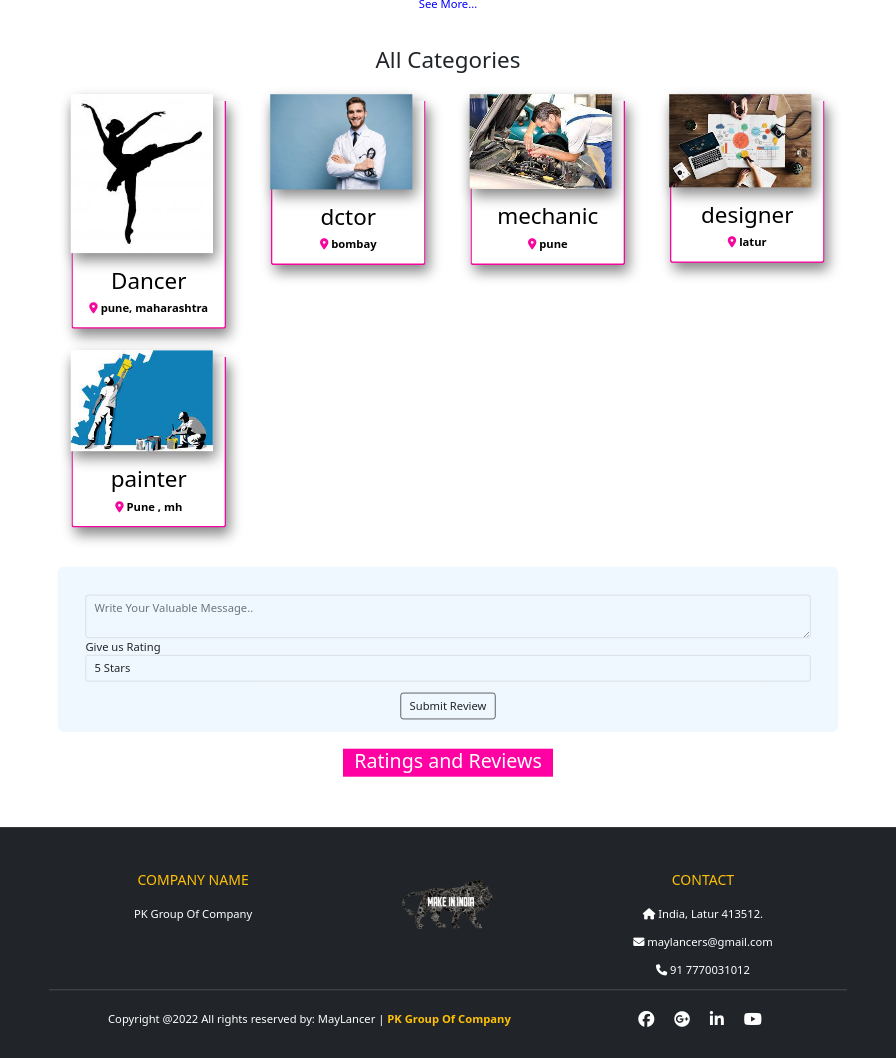
Repository: prathmesh2023/maylancers
Page: http://localhost/
These files come from the project's save history. The page is drawn as it stood at one moment and after a run of saves; the edit follows.
The browser window is 1280 px wide. The pictures show the part of the page from y = 932 to 2852 px (the page is 2444 px tall before and 2852 px after), at 70% of full size.
Some web fonts or font styles are not loaded; a fallback is used. Some web libraries are served in a nearby version. The page is served by the project's application, run on Django 3.2 (manage.py). The page reads the database file committed with the project. Queries for data that is not in the repository find no rows.

Above is the page before, as saved 2022-02-16 15:26:29.

After the next 2 saves:
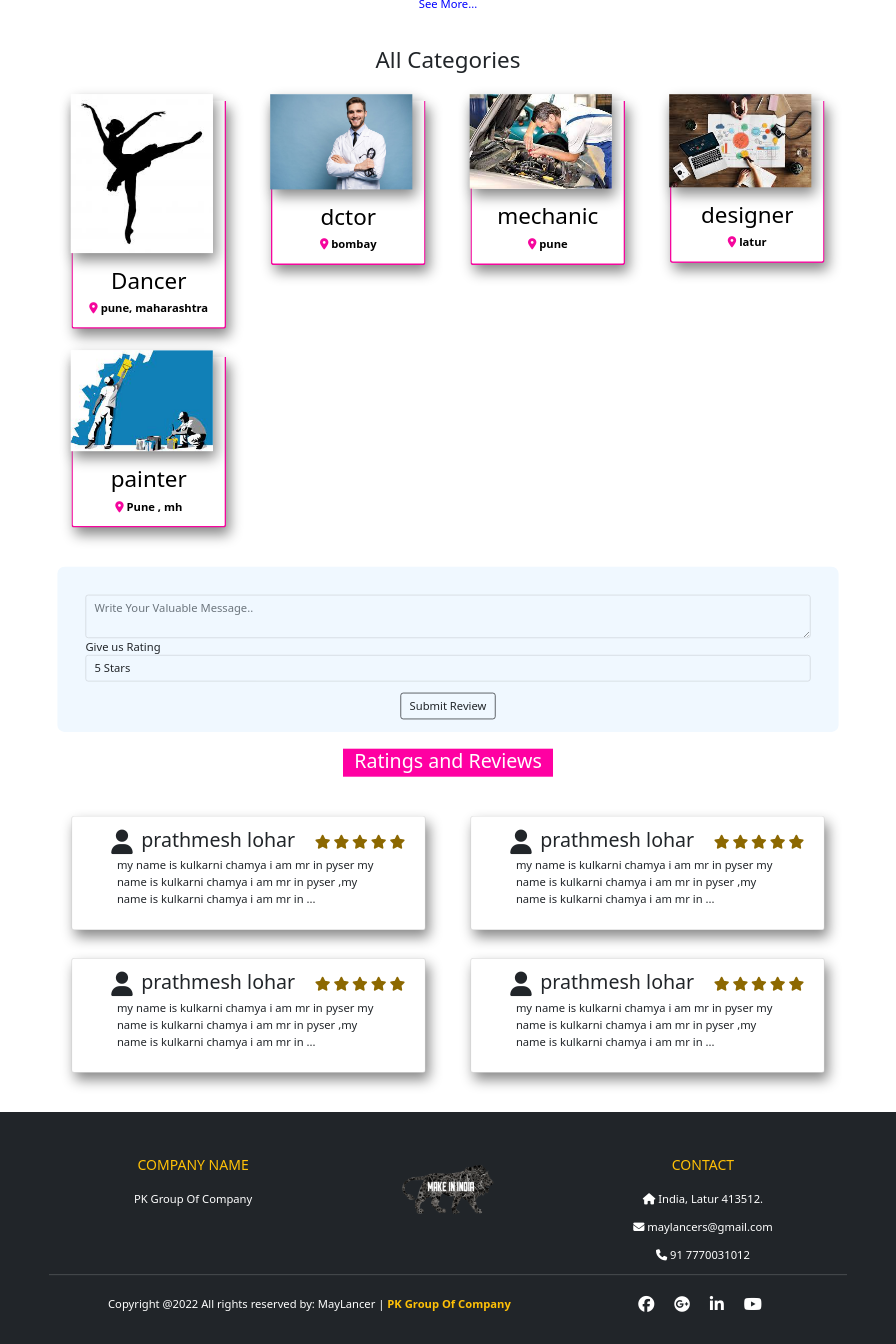
The 2 saves are shown as one change because 1 did not build or start.
The last was saved 45 s later.
--- a/app1/views.py
+++ b/app1/views.py
@@ -25,6 +25,7 @@ def home(request):
     data= {
         'cat':cat,
         'post':post,
+        'rate':rate,
     }
 
 
